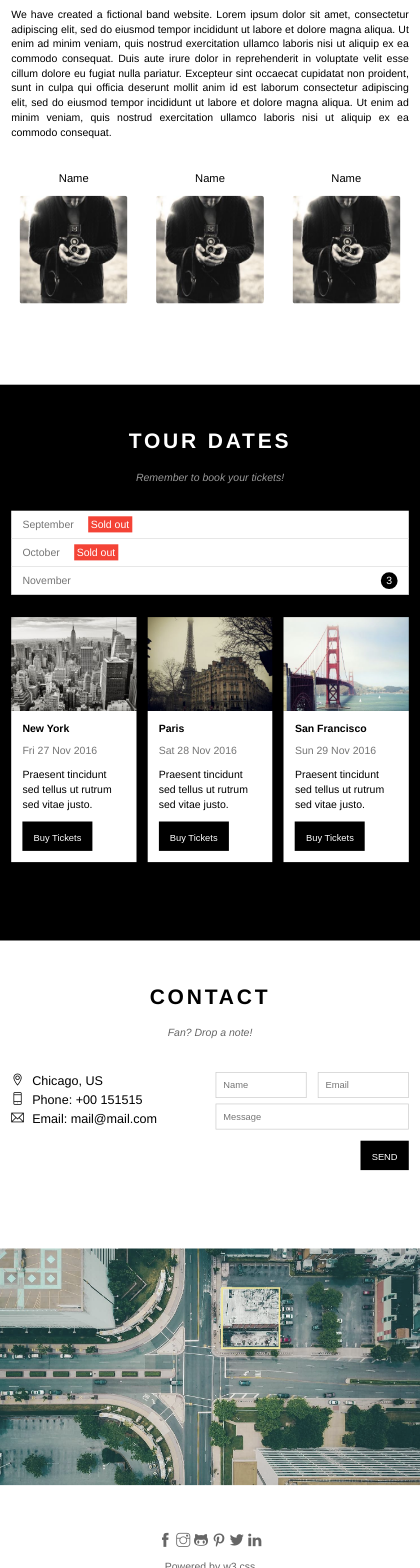
Repository: phongngotrong/w3school_reup
Page: index.html
The author's editor kept a copy of each file at every save. The page is drawn from the files as they stood at one save, then again after the next save.
The browser window is 600 px wide. The pictures show the part of the page from y = 491 to 2731 px (the page is 2801 px tall before and 3022 px after), at 70% of full size.

Above is the page before, as saved 2022-02-13 15:50:41.

### index.html
<!DOCTYPE html>
<html lang="en">
  <head>
    <meta charset="UTF-8" />
    <meta http-equiv="X-UA-Compatible" content="IE=edge" />
    <meta name="viewport" content="width=device-width, initial-scale=1.0" />
    <title>W3.CSS Template</title>
    <link rel="icon" href="https://play-lh.googleusercontent.com/i-ij7KM2pFUUpFE31QAUDXg5mzGFNbm16S4tjmg2ZyuhCGLgNJ8oXJRbq7ysh6LoZg" type="image/x-icon" />
    <link rel="stylesheet" href="./assets/css/style.css" />
    <link rel="stylesheet" href="./assets/css/responsive.css" />
    <link rel="stylesheet" href="./assets/fonts/themify-icons/themify-icons.css">
  </head>
  <body>
    <div id="main">
      <div id="header">
        <!--Begin: Nav-->
        <ul id="nav">
          <li><a href="#">Home</a></li>
          <li><a href="#band">Band</a></li>
          <li><a href="#tour">Tour</a></li>
          <li><a href="#contact">Contact</a></li>
          <li>
            <a href="#">
              More
              <i class="nav-arrow-down ti-angle-down"></i>
            </a>
            <ul class="subnav">
              <ul>
                <li><a href="#">Merchandise</a></li>
                <li><a href="#">Extras</a></li>
                <li><a href="#">Media</a></li>
              </ul>
            </ul>
          </li>
        </ul>
        <!--End: Nav-->

        <!--Begin: Search-->
        <div class="search-btn">
          <i class="search-icon ti-search"></i>
        </div>

        <div id="mobile-menu" class="mobile-menu-btn">
          <i class="menu-icon ti-menu"></i>
        </div>
        <!--End: Search-->
      </div>

      <div id="slider">
        <div class="text-content">
          <h2 class="text-heading">Chicago</h2>
          <div class="text-description">
            Thank you, Chicago - A night we won't forget.
          </div>
        </div>
      </div>

      <div id="content">
        <!--content section-->
        <div id="band" class="content-section">
          <h2 class="section-heading">THE BAND</h2>
          <p class="section-sub-heading">We love music</p>
          <p class="about-text">
            We have created a fictional band website. Lorem ipsum dolor sit
            amet, consectetur adipiscing elit, sed do eiusmod tempor incididunt
            ut labore et dolore magna aliqua. Ut enim ad minim veniam, quis
            nostrud exercitation ullamco laboris nisi ut aliquip ex ea commodo
            consequat. Duis aute irure dolor in reprehenderit in voluptate velit
            esse cillum dolore eu fugiat nulla pariatur. Excepteur sint occaecat
            cupidatat non proident, sunt in culpa qui officia deserunt mollit
            anim id est laborum consectetur adipiscing elit, sed do eiusmod
            tempor incididunt ut labore et dolore magna aliqua. Ut enim ad minim
            veniam, quis nostrud exercitation ullamco laboris nisi ut aliquip ex
            ea commodo consequat.
          </p>
          <div class="row list-member">
            <!--member1-->
            <div class="item-member col col-third text-center">
              <p class="member-name">Name</p>
              <img
                src="./assets/img/member.jpg"
                alt="Name"
                class="avt-member"
              />
            </div>

            <!--member2-->
            <div class="col col-third text-center">
              <div class="member-name">Name</div>
              <img
                src="./assets/img/member.jpg"
                alt="Name"
                class="avt-member"
              />
            </div>
            <!--member3-->

            <div class="col col-third text-center">
              <div class="member-name">Name</div>
              <img
                src="./assets/img/member.jpg"
                alt="Name"
                class="avt-member"
              />
            </div>
            <!-- <div class="clear"></div> -->
          </div>
        </div>
        <!--tour section-->
        <div id="tour" class="tour-section">
          <div class="content-section">
            <h2 class="section-heading text-white">TOUR DATES</h2>
            <p class="section-sub-heading text-white">
              Remember to book your tickets!
            </p>
            <!-- tickets -->
            <ul class="tickets-list">
              <li>September <span class="sold-out">Sold out</span></li>
              <li>October <span class="sold-out">Sold out</span></li>
              <li>November <span class="quantity">3</span></li>
            </ul>
            <div class="row places-list">
              <!-- place1 -->
              <div class="col col-third">
                <img
                  src="./assets/img/newyork.jpg"
                  alt="New York"
                  class="place-img"
                />
                <div class="places-body">
                  <h3 class="places-heading">New York</h3>
                  <p class="places-time">Fri 27 Nov 2016</p>
                  <p class="place-description">
                    Praesent tincidunt sed tellus ut rutrum sed vitae justo.
                  </p>
                  <button class="btn js-buy-ticket">Buy Tickets</button>
                </div>
              </div>
              <!-- place2 -->

              <div class="col col-third">
                <img
                  src="./assets/img/paris.jpg"
                  alt="New York"
                  class="place-img"
                />
                <div class="places-body">
                  <h3 class="places-heading">Paris</h3>
                  <p class="places-time">Sat 28 Nov 2016</p>
                  <p class="place-description">
                    Praesent tincidunt sed tellus ut rutrum sed vitae justo.
                  </p>
                  <button class="btn js-buy-ticket">Buy Tickets</button>
                </div>
              </div>
              <!-- place3 -->

              <div class="col col-third">
                <img
                  src="./assets/img/sanfran.jpg"
                  alt="New York"
                  class="place-img"
                />
                <div class="places-body">
                  <h3 class="places-heading">San Francisco</h3>
                  <p class="places-time">Sun 29 Nov 2016</p>
                  <p class="place-description">
                    Praesent tincidunt sed tellus ut rutrum sed vitae justo.
                  </p>
                  <button class="btn js-buy-ticket">Buy Tickets</button>
                </div>
              </div>
              <!-- <div class="clear"></div> -->
            </div>
          </div>
        </div>

        <!-- Begin: contact section-->
        <div id="contact" class="content-section">
          <h2 class="section-heading">CONTACT</h2>
          <p class="section-sub-heading">Fan? Drop a note!</p>

          <div class="row contact-content">
            <div class="col col-half contact-info">
              <p><i class="ti-location-pin"></i>Chicago, US</p>
              <p><i class="ti-mobile"></i>Phone: +00 151515</p>
              <p><i class="ti-email"></i>Email: mail@mail.com</p>
            </div>
            <div class="col col-half contact-form">
              <form action="">
                <div class="row">
                  <div class="col col-half">
                      <input type="text" name="" required placeholder="Name" id="" class="form-control">
                  </div>
                  <div class="col col-half">
                    <input type="email" name="" required placeholder="Email" id="" class="form-control">
                </div>
                </div>
                <div class="row mt-8">
                  <div class="col col-full">
                    <input type="text" name="" required placeholder="Message" id="" class="form-control">
                </div>
                </div>
                <input class="btn pull-right mt-16" type="submit" value="SEND">
              </form>
            </div>
          </div>
        </div>
        <!-- End: contact section-->
        <div class="map-section">
          <img src="./assets/img/map.jpg" alt="Map">
        </div>
      </div>

      <div id="footer">
        <div class="social-list">
          <a href=""><i class="ti-facebook"></i></a>
          <a href=""><i class="ti-instagram"></i></a>
          <a href=""><i class="ti-github"></i></a>
          <a href=""><i class="ti-pinterest"></i></a>
          <a href=""><i class="ti-twitter-alt"></i></a>
          <a href=""><i class="ti-linkedin"></i></a>
        </div>
        <div class="Copyright">Powered by <a href="">w3.css</a></div>
      </div>
    </div>

    <div class="modal js-modal">
      <div class="modal-container js-modal-container">
        <div class="modal-close js-modal-close">
          <i class="ti-close"></i>
        </div>
        <header class="modal-header">
          <i class="icon-ti-bag-header ti-bag"></i>
          Tickets
        </header>

        <div class="modal-body">
          <label for="tickets-quantity" class="modal-label">
            <i class="ti-shopping-cart"></i>
            Tickets, $15 per person
          </label>
          <input
            id="tickets-quantity"
            type="text"
            class="modal-input"
            placeholder="How many?"
          />

          <label for="tickets-email" class="modal-label">
            <i class="ti-user"></i>
            Send To
          </label>
          <input
            id="tickets-email"
            type="email"
            class="modal-input"
            placeholder="Enter email "
          />

          <button id="buy-tickets">
            PAY<i class="icon-ti-check-footer ti-check"></i>
          </button>
        </div>

        <footer class="modal-footer">
          <p class="modal-help">Need <a href="">help?</a></p>
        </footer>
      </div>
    </div>

    <script>
      const buyBtns = document.querySelectorAll('.js-buy-ticket')
      const modal = document.querySelector('.js-modal')
      const modalContainer = document.querySelector('.js-modal-container')
      const modalClose = document.querySelector('.js-modal-close')

      // hàm hiển thị modal mua vé(thêm class open vào modal)
      function showBuyTickets() {
        modal.classList.add('open')
      }

      // hàm ẩn modal mua vé(gỡ bỏ class open của modal)
      function hideBuyTickets() {
        modal.classList.remove('open')
      }

      // lặp qua từng thẻ button và nghe hành vi click
      for(const buyBtn of buyBtns) {
        buyBtn.addEventListener('click', showBuyTickets)
      }

      // nghe hành vi click vào button close
      modalClose.addEventListener('click', hideBuyTickets)

      modal.addEventListener('click', hideBuyTickets)

      modalContainer.addEventListener('click', function(event){
        event.stopPropagation()
      })

    </script>

    <script>
      var header = document.getElementById('header');
      var mobileMenu = document.getElementById('mobile-menu');
      var headerHeight = header.clientHeight;

      // Đóng/mở mobile menu
      mobileMenu.onclick = function() {
        var isClosed = header.clientHeight === headerHeight;
        if(isClosed) {
          header.style.height = 'auto';
        } else {
          header.style.height = null;
        }
      }

      // Tự động đóng khi chọn menu
      var menuItems = document.querySelectorAll('#nav li a[href*="#"]');
      for(var i=0; i<menuItems.length; i++) {
        var menuItem = menuItems[i];

        console.log(menuItem);

        menuItem.onclick = function(event) {
          var isParentMenu = this.nextElementSibling && this.nextElementSibling.classList.contains('subnav');
          if(isParentMenu) {
            event.preventDefault();
          }else {
            header.style.height = null;
          }
        }
      }

    </script>
  </body>
</html>

### assets/css/style.css
/* Reset CSS */

* {
  padding: 0;
  margin: 0;
  box-sizing: border-box;
}

html {
  font-family: Helvetica, Arial, sans-serif;
  scroll-behavior: smooth;
}
/*
  -Từ trên xuống dưới
  -Từ ngoài vào trong
  -Tổng quan đến chi tiết
  */

/*
  1. Vi tri
  2. Kich thuoc
  3. Mau sac
  4. Kieu dang (kieu chu, hinh tron, vuong...)
  */

/* Common */
.text-center {
  text-align: center !important;
}

.row {
  margin-left: -8px;
  margin-right: -8px;
}

/* Tạo element giả */
.row::after {
  content: "";
  display: block;
  clear: both;
}
/*.................*/

.col {
  float: left;
  padding-left: 8px;
  padding-right: 8px;
}

.col-full {
  width: 100%;
}

.col-half {
  width: 50%;
}

.col-third {
  width: 33.33333%;
}

.pull-right {
  float: right;
}

.btn {
  background-color: #000;
  color: #fff;
  text-decoration: none;
  display: inline-block;
  padding: 11px 16px;
  margin-top: 15px;
  padding-top: 16px;
  cursor: pointer;
  border: none;
}

.btn:hover {
  background-color: #ccc;
  color: #000;
}

.mt-8 {
  margin-top: 8px !important;
}

.mt-16 {
  margin-top: 16px !important;
}

.clear {
  clear: both;
}

/* .row::after {
    clear: both;
    display: block;
    content: "";
  } */

.text-white {
  color: #fff !important;
}

/* Main */
#main {
}

#header {
  position: fixed;
  top: 0;
  left: 0;
  right: 0;
  height: 46px;
  background-color: #000;
  z-index: 1;
}

#nav {
  display: inline-block;
}

li {
  list-style-type: none;
}

#nav > li {
  display: inline-block;
}

#nav li {
  position: relative;
}

#nav > li > a {
  color: #fff;
  text-transform: uppercase;
}

#nav li a {
  text-decoration: none;
  line-height: 46px;
  padding: 0 24px;
  display: block;
}

#nav li:hover .subnav {
  display: block;
}

#nav > li:hover > a,
#nav .subnav li:hover a {
  color: #000;
  background-color: #ccc;
}

#nav .subnav {
  display: none;
  min-width: 160px;
  position: absolute;
  background-color: #fff;
  box-shadow: 0 0 10px rgba(0, 0, 0, 0.3);
}

#nav .subnav a {
  color: #000;
  padding: 0 12px;
  line-height: 38px;
}

#nav .nav-arrow-down {
  font-size: 12px;
}

#header .mobile-menu-btn {
  position: absolute;
  top: 0;
  right: 0;
  display: none;
}

#header .mobile-menu-btn,
#header .search-btn {
  float: right;
  padding: 0 20px;
}

#header .mobile-menu-btn .menu-icon {
  font-size: 16px;
}

#header .mobile-menu-btn:hover {
  background-color: #ccc;
}

#header .mobile-menu-btn:hover .menu-icon {
  color: #000;
}

#header .search-btn:hover {
  cursor: pointer;
  background-color: #f44336;
}

#header .menu-icon,
#header .search-icon {
  color: #fff;
  font-size: 20px;
  line-height: 46px;
}

#slider {
  position: relative;
  margin-top: 46px;
  padding-top: 50%;
  background: url("../img/slider.jpg") top center / cover no-repeat;
}

#slider .text-content {
  position: absolute;
  bottom: 47px;
  color: #fff;
  width: 100%;
  text-align: center;
}

#slider .text-heading {
  font-weight: 500;
  font-size: 24px;
}

#slider .text-description {
  font-size: 15px;
  margin-top: 25px;
}

#content {
}

#content .content-section {
  width: 800px;
  max-width: 100%;
  padding: 64px 0 112px;
  margin-right: auto;
  margin-left: auto;
  padding-left: 16px;
  padding-right: 16px;
}

#content .section-heading {
  text-align: center;
  font-size: 30px;
  letter-spacing: 4px;
}

#content .section-sub-heading {
  font-size: 15px;
  text-align: center;
  margin-top: 25px;
  font-style: italic;
  opacity: 0.6;
}

#content .about-text {
  font-size: 15px;
  margin-top: 15px;
  text-align: justify;
  line-height: 1.4;
}

#content .member-name {
  font-size: 16px;
}

#content .list-member {
  margin-top: 48px;
  /* margin-bottom: 48px;
    overflow: hidden;  */
}

/* #content .item-member {
    float: left;
    width: 33.33333%;
    text-align: center;
  } */

#content .avt-member {
  margin-top: 15px;
  width: 154px;
  border-radius: 4px;
}

/* tour section */
.tour-section {
  background-color: #000;
}
.tickets-list {
  background-color: #fff;
  margin-top: 40px;
  list-style: none;
}

.tickets-list li {
  color: #757575;
  font-size: 15px;
  padding: 11px 16px;
  border-bottom: 1px solid #ddd;
}

.tickets-list .sold-out {
  background-color: #f44336;
  color: #fff;
  padding: 3px 4px;
  margin-left: 16px;
}

.tickets-list .quantity {
  float: right;
  width: 24px;
  height: 24px;
  background-color: #000;
  color: #fff;
  border-radius: 50%;
  line-height: 24px;
  text-align: center;
  margin-top: -3px;
}

/* Places */
.places-list {
  margin-top: 32px;
}

/* .places-item {
    float: left;
    width: 33.33333%;
    padding: 0 8px;
  } */

.place-img {
  width: 100%;
  display: block;
}

.place-img:hover {
  opacity: 0.6;
}

.places-body {
  padding: 16px;
  font-size: 15px;
  background-color: #fff;
}

.places-heading {
  font-size: 15px;
}

.places-time {
  padding-top: 15px;
  color: #757575;
}

.place-description {
  padding-top: 15px;
  line-height: 1.4;
}

.modal {
  position: fixed;
  top: 0;
  bottom: 0;
  right: 0;
  left: 0;
  background-color: rgba(0, 0, 0, 0.4);
  display: none;
  align-items: center;
  justify-content: center;
}

.modal.open {
  display: flex;
}

.modal-container {
  background-color: #fff;
  width: 900px;
  min-height: 200px;
  position: relative;
  max-width: calc(100% -32px);
  animation: modalFadeIn ease 0.4s;
}

.modal-header {
  background-color: #009688;
  color: #fff;
  height: 130px;
  font-size: 30px;
  display: flex;
  align-items: center;
  justify-content: center;
  letter-spacing: 4px;
}

.modal-close:hover {
  background-color: #ccc;
  color: #000;
}

.modal-close {
  position: absolute;
  right: 0;
  top: 0;
  padding: 16px;
  font-size: 12px;
  color: #fff;
  cursor: pointer;
}

.icon-ti-bag-header {
  margin-right: 16px;
}

.modal-body {
  padding: 16px;
}

.modal-label {
  display: block;
  font-size: 15px;
  margin-bottom: 12px;
}

.modal-input {
  border: 1px solid #ccc;
  width: 100%;
  padding: 10px;
  font-size: 15px;
  margin-bottom: 24px;
}

#buy-tickets:hover {
  background-color: #ccc;
  color: #000;
}

#buy-tickets {
  background-color: #009688;
  width: 100%;
  padding: 18px;
  color: #fff;
  border: none;
  text-transform: uppercase;
  font-size: 15px;
  cursor: pointer;
}

.modal-footer {
  padding: 16px;
  text-align: right;
}

.modal-footer a {
  color: #2196f3;
}

/* Contact */
.contact-content {
  margin-top: 48px;
}

.contact-info {
  font-size: 18px;
  line-height: 1.5;
}

.contact-info i[class*="ti-"] {
  width: 30px;
  display: inline-block;
}

.contact-form {
  font-size: 15px;
}

.contact-form .form-control {
  padding: 10px;
  border: 1px solid #ccc;
  width: 100%;
}

/* .contact-form .form-submit-btn {
  background: #000;
  color: #fff;
  border: 1px solid #000;
  padding: 10px 16px;
  float: right;
} */

/* .form-submit-btn:hover {
  background: #ccc;
  color: #000;
  border: none;
  cursor: pointer;
} */

/* Map section */
.map-section img {
  width: 100%;
  filter: grayscale(50%);
}

/* footer section */

#footer {
  padding: 64px 16px;
  text-align: center;
}

#footer .social-list {
  font-size: 20px;
}

#footer .Copyright {
  font-size: 15px;
  margin-top: 15px;
  color: rgba(0, 0, 0, 0.6);
}

#footer .Copyright a {
  color: rgba(0, 0, 0, 0.6);
}

#footer .social-list a {
  color: rgba(0, 0, 0, 0.6);
  text-decoration: none;
}

#footer .social-list a:hover {
  color: rgba(0, 0, 0, 0.4);
}

/* Tạo hoạt ảnh  */
@keyframes modalFadeIn {
  from {
    opacity: 0;
    transform: translateY(-140px);
  }
  to {
    opacity: 1;
    transform: translateY(0);
  }
}

### assets/css/responsive.css
/* Tablet: width >= 740px and < 1024px */
@media only screen and (min-width: 46.25em) and (max-width: 63.9375em) {
}

/* PC: width >= 1024px */
@media only screen and (min-width: 64em) {
}

/* Mobile: width < 740px */
@media only screen and (max-width: 46.1875em) {
  #nav {
    display: block;
  }

  #nav > li {
    display: block;
  }

  #nav > li:first-child {
    display: inline-block;
  }

  #nav li a {
    padding: 1px 24px;
  }

  #nav .subnav {
    position: initial;
    background-color: #333;
  }

  #nav .subnav a {
    color: #fff;
    padding: 5px 41px;
  }

  #header {
    overflow: hidden;
  }

  #header .search-btn {
    display: none;
  }

  #header .mobile-menu-btn {
    display: block;
  }

  #content .list-member item-member {
    width: 100%;
  }
}

Loaded but not shown: assets/fonts/themify-icons/themify-icons.css (common file)

After the next save:
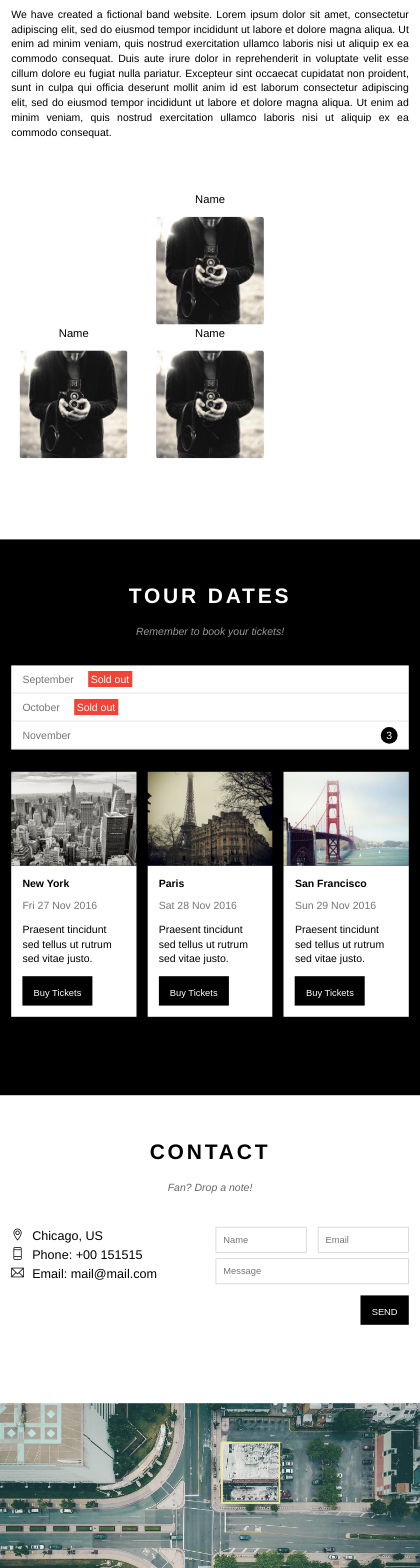
Saved 48 s later.
--- a/assets/css/responsive.css
+++ b/assets/css/responsive.css
@@ -46,7 +46,8 @@
     display: block;
   }
 
-  #content .list-member item-member {
+  #content .item-member {
     width: 100%;
+    margin-top: 30px;
   }
 }
